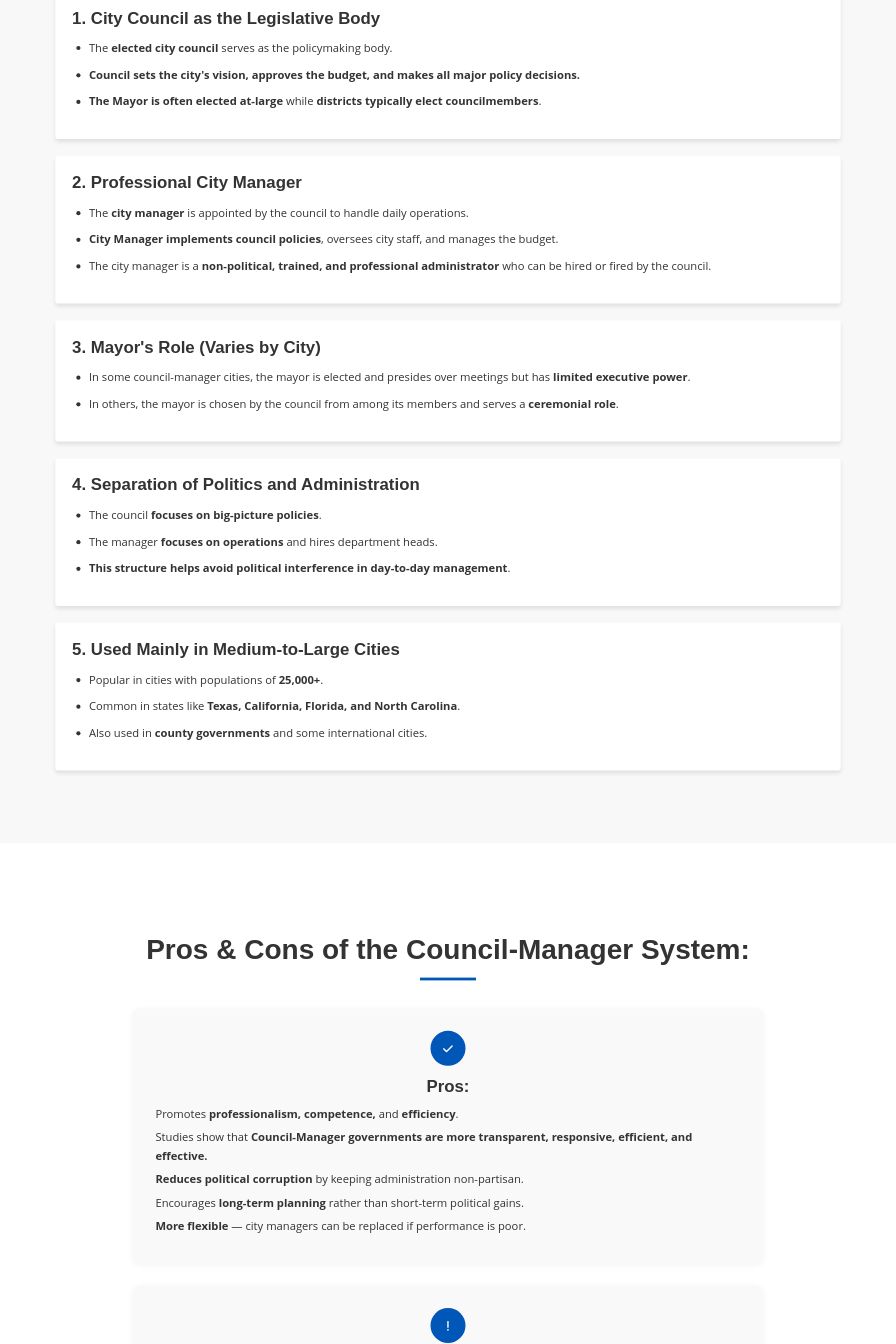
Repository: bgould132/oaklandcharterreform
Page: council-manager-government.html
An editor plug-in stored every save of this project. The page is shown before and after the next save, followed by the edit.
The browser window is 1280 px wide. The pictures show the part of the page from y = 1942 to 3862 px (the page is 4867 px tall), at 70% of full size.

Above is the page before, as saved 2025-04-20 18:17:28.

### council-manager-government.html
<!DOCTYPE html>
<html lang="en">
<head>
    <meta charset="UTF-8">
    <meta name="viewport" content="width=device-width, initial-scale=1.0">
    <meta name="description" content="Understanding the Council-Manager form of government - Oakland Charter Reform Project">
    <title>Council-Manager Government - Oakland Charter Reform Project</title>
    <link rel="stylesheet" href="css/styles.css">
    <!-- Font Awesome for icons -->
    <link rel="stylesheet" href="https://cdnjs.cloudflare.com/ajax/libs/font-awesome/6.4.2/css/all.min.css">
    <style>
        /* Custom styles for this page */
        .org-chart-container {
            text-align: center;
            margin: 2rem auto;
        }

        .org-chart-container img {
            max-width: 80%;
            height: auto;
            margin: 0 auto;
            display: block;
        }

        .section-title {
            text-align: center;
            margin: 3rem 0 2rem;
            position: relative;
        }

        .section-title::after {
            content: "";
            display: block;
            width: 80px;
            height: 3px;
            background-color: #0057b8;
            margin: 10px auto 0;
        }

        .pros-cons-container {
            max-width: 900px;
            margin: 0 auto;
            text-align: center;
        }

        .pros-cons-item {
            background: #f9f9f9;
            border-radius: 8px;
            padding: 2rem;
            margin-bottom: 2rem;
            box-shadow: 0 2px 10px rgba(0,0,0,0.05);
        }

        .pros-cons-icon {
            display: block;
            margin: 0 auto 1rem;
            width: 50px;
            height: 50px;
            line-height: 50px;
            border-radius: 50%;
            text-align: center;
        }

        .pros-icon {
            background-color: #0057b8;
            color: white;
        }

        .cons-icon {
            background-color: #0057b8;
            color: white;
        }

        .pros-cons-item h3 {
            margin-top: 0.5rem;
        }

        .pros-cons-item ul {
            text-align: left;
            list-style-type: none;
            padding-left: 0;
        }

        .pros-cons-item ul li {
            margin-bottom: 0.5rem;
            padding-left: 0;
        }

        .back-button-container {
            text-align: center;
            margin: 3rem 0;
        }
    </style>
</head>
<body>
    <header>
        <div class="container">
            <nav aria-label="Main navigation">
                <div class="logo">
                    <a href="index.html" aria-label="Oakland Charter Reform Project Home">
                        <img src="images/logo/OCRP logo design.jpg" alt="Oakland Charter Reform Project Logo">
                    </a>
                </div>
                <button class="mobile-menu-button" aria-label="Toggle menu" aria-expanded="false" aria-controls="main-menu">
                    <span class="hamburger-icon"></span>
                </button>
                <ul id="main-menu" class="nav-menu">
                    <li><a href="index.html#why-charter-reform">Why Charter Reform</a></li>
                    <li><a href="index.html#principles">Principles</a></li>
                    <li><a href="index.html#proposed-amendments">Proposed Amendments</a></li>
                    <li><a href="index.html#our-approach">Our Approach</a></li>
                    <li><a href="about.html">About Us</a></li>
                    <li><a href="index.html#contact">Contact</a></li>
                </ul>
            </nav>
        </div>
    </header>

    <main>
        <!-- Page Header -->
        <section class="page-header" aria-labelledby="page-heading">
            <div class="container">
                <h1 id="page-heading">The Council-Manager Form of Government</h1>
                <p class="subtitle">A model combining democratic leadership with professional management</p>
            </div>
        </section>

        <!-- Introduction Section -->
        <section class="section" aria-labelledby="intro-heading">
            <div class="container">
                <h2 id="intro-heading" class="visually-hidden">Introduction</h2>
                <div class="section-content">
                    <p>The <strong>council-manager</strong> form of government is used in many cities and municipalities, combining <strong>democratic leadership</strong> with <strong>professional management</strong>. It is designed to promote efficiency and reduce political influence in administrative decisions.</p>

                    <h2 class="section-title">Org Chart for a Typical Council-Manager Government:</h2>
                    <div class="org-chart-container">
                        <img src="images/council-manager-org-chart.png" alt="Organizational Chart of a Council-Manager Government">
                    </div>
                </div>
            </div>
        </section>

        <!-- Key Features Section -->
        <section class="section alt-bg" aria-labelledby="features-heading">
            <div class="container">
                <h2 id="features-heading">Key Features of the Council-Manager Government:</h2>

                <div class="amendment-card">
                    <h3>1. City Council as the Legislative Body</h3>
                    <ul class="amendment-list">
                        <li>The <strong>elected city council</strong> serves as the policymaking body.</li>
                        <li><strong>Council sets the city's vision, approves the budget, and makes all major policy decisions.</strong></li>
                        <li><strong>The Mayor is often elected at-large</strong> while <strong>districts typically elect councilmembers</strong>.</li>
                    </ul>
                </div>

                <div class="amendment-card">
                    <h3>2. Professional City Manager</h3>
                    <ul class="amendment-list">
                        <li>The <strong>city manager</strong> is appointed by the council to handle daily operations.</li>
                        <li><strong>City Manager implements council policies</strong>, oversees city staff, and manages the budget.</li>
                        <li>The city manager is a <strong>non-political, trained, and professional administrator</strong> who can be hired or fired by the council.</li>
                    </ul>
                </div>

                <div class="amendment-card">
                    <h3>3. Mayor's Role (Varies by City)</h3>
                    <ul class="amendment-list">
                        <li>In some council-manager cities, the mayor is elected and presides over meetings but has <strong>limited executive power</strong>.</li>
                        <li>In others, the mayor is chosen by the council from among its members and serves a <strong>ceremonial role</strong>.</li>
                    </ul>
                </div>

                <div class="amendment-card">
                    <h3>4. Separation of Politics and Administration</h3>
                    <ul class="amendment-list">
                        <li>The council <strong>focuses on big-picture policies</strong>.</li>
                        <li>The manager <strong>focuses on operations</strong> and hires department heads.</li>
                        <li><strong>This structure helps avoid political interference in day-to-day management</strong>.</li>
                    </ul>
                </div>

                <div class="amendment-card">
                    <h3>5. Used Mainly in Medium-to-Large Cities</h3>
                    <ul class="amendment-list">
                        <li>Popular in cities with populations of <strong>25,000+</strong>.</li>
                        <li>Common in states like <strong>Texas, California, Florida, and North Carolina</strong>.</li>
                        <li>Also used in <strong>county governments</strong> and some international cities.</li>
                    </ul>
                </div>
            </div>
        </section>

        <!-- Pros & Cons Section -->
        <section class="section" aria-labelledby="pros-cons-heading">
            <div class="container">
                <h2 id="pros-cons-heading" class="section-title">Pros & Cons of the Council-Manager System:</h2>

                <div class="pros-cons-container">
                    <div class="pros-cons-item">
                        <div class="pros-cons-icon pros-icon">
                            <i class="fas fa-check"></i>
                        </div>
                        <h3>Pros:</h3>
                        <ul>
                            <li>Promotes <strong>professionalism, competence,</strong> and <strong>efficiency</strong>.</li>
                            <li>Studies show that <strong>Council-Manager governments are more transparent, responsive, efficient, and effective.</strong></li>
                            <li><strong>Reduces political corruption</strong> by keeping administration non-partisan.</li>
                            <li>Encourages <strong>long-term planning</strong> rather than short-term political gains.</li>
                            <li><strong>More flexible</strong> — city managers can be replaced if performance is poor.</li>
                        </ul>
                    </div>

                    <div class="pros-cons-item">
                        <div class="pros-cons-icon cons-icon">
                            <i class="fas fa-exclamation"></i>
                        </div>
                        <h3>Cons:</h3>
                        <ul>
                            <li><strong>Less voter control over executive decisions</strong>.</li>
                            <li><strong>Less visible mayor sometimes leads to lower voter turnout.</strong></li>
                            <li><strong>The mayor has less power than voters often assume.</strong></li>
                            <li>The system relies heavily on the <strong>competence of the city manager</strong>.</li>
                        </ul>
                    </div>
                </div>

                <div class="back-button-container">
                    <a href="index.html#proposed-amendments" class="cta-button">BACK TO PROPOSED AMENDMENTS</a>
                </div>
            </div>
        </section>
    </main>

    <footer>
        <div class="container">
            <div class="footer-content">
                <div class="footer-logo">
                    <img src="images/logo/OCRP logo design.jpg" alt="Oakland Charter Reform Project Logo" width="120">
                </div>
                <div class="footer-text">
                    <p>&copy; 2025 Oakland Charter Reform Project. All rights reserved.</p>
                    <p>In the spirit of a better Oakland,</p>
                    <div class="signature">
                        <img src="images/logo/steve and ben and nancy signature.jpg" alt="Signatures of Steven Falk, Ben Gould, and Nancy Falk" class="signature-img">
                        <p>Steven Falk, Ben Gould, and Nancy Falk<br>
                        Oakland Charter Reform Project Organizers</p>
                    </div>
                </div>
            </div>
        </div>
    </footer>

    <script src="js/main.js"></script>
</body>
</html>

Loaded but not shown: js/main.js (101 lines, source omitted); css/styles.css (816 lines, source omitted)

After the next save:
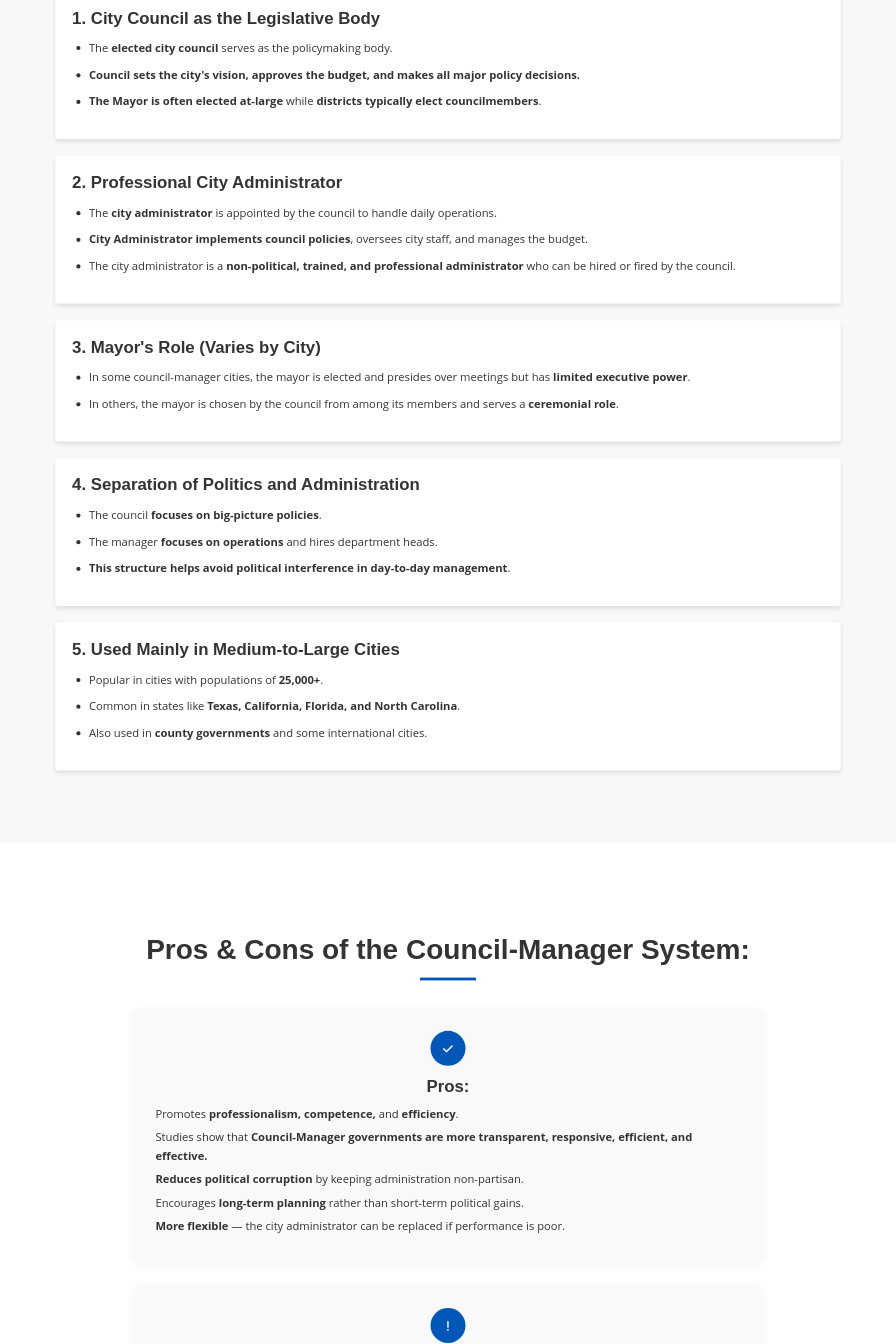
Saved 23 s later.
--- a/council-manager-government.html
+++ b/council-manager-government.html
@@ -155,11 +155,11 @@
                 </div>
 
                 <div class="amendment-card">
-                    <h3>2. Professional City Manager</h3>
-                    <ul class="amendment-list">
-                        <li>The <strong>city manager</strong> is appointed by the council to handle daily operations.</li>
-                        <li><strong>City Manager implements council policies</strong>, oversees city staff, and manages the budget.</li>
-                        <li>The city manager is a <strong>non-political, trained, and professional administrator</strong> who can be hired or fired by the council.</li>
+                    <h3>2. Professional City Administrator</h3>
+                    <ul class="amendment-list">
+                        <li>The <strong>city administrator</strong> is appointed by the council to handle daily operations.</li>
+                        <li><strong>City Administrator implements council policies</strong>, oversees city staff, and manages the budget.</li>
+                        <li>The city administrator is a <strong>non-political, trained, and professional administrator</strong> who can be hired or fired by the council.</li>
                     </ul>
                 </div>
 
@@ -207,7 +207,7 @@
                             <li>Studies show that <strong>Council-Manager governments are more transparent, responsive, efficient, and effective.</strong></li>
                             <li><strong>Reduces political corruption</strong> by keeping administration non-partisan.</li>
                             <li>Encourages <strong>long-term planning</strong> rather than short-term political gains.</li>
-                            <li><strong>More flexible</strong> — city managers can be replaced if performance is poor.</li>
+                            <li><strong>More flexible</strong> — the city administrator can be replaced if performance is poor.</li>
                         </ul>
                     </div>
 
@@ -220,7 +220,7 @@
                             <li><strong>Less voter control over executive decisions</strong>.</li>
                             <li><strong>Less visible mayor sometimes leads to lower voter turnout.</strong></li>
                             <li><strong>The mayor has less power than voters often assume.</strong></li>
-                            <li>The system relies heavily on the <strong>competence of the city manager</strong>.</li>
+                            <li>The system relies heavily on the <strong>competence of the city administrator</strong>.</li>
                         </ul>
                     </div>
                 </div>
